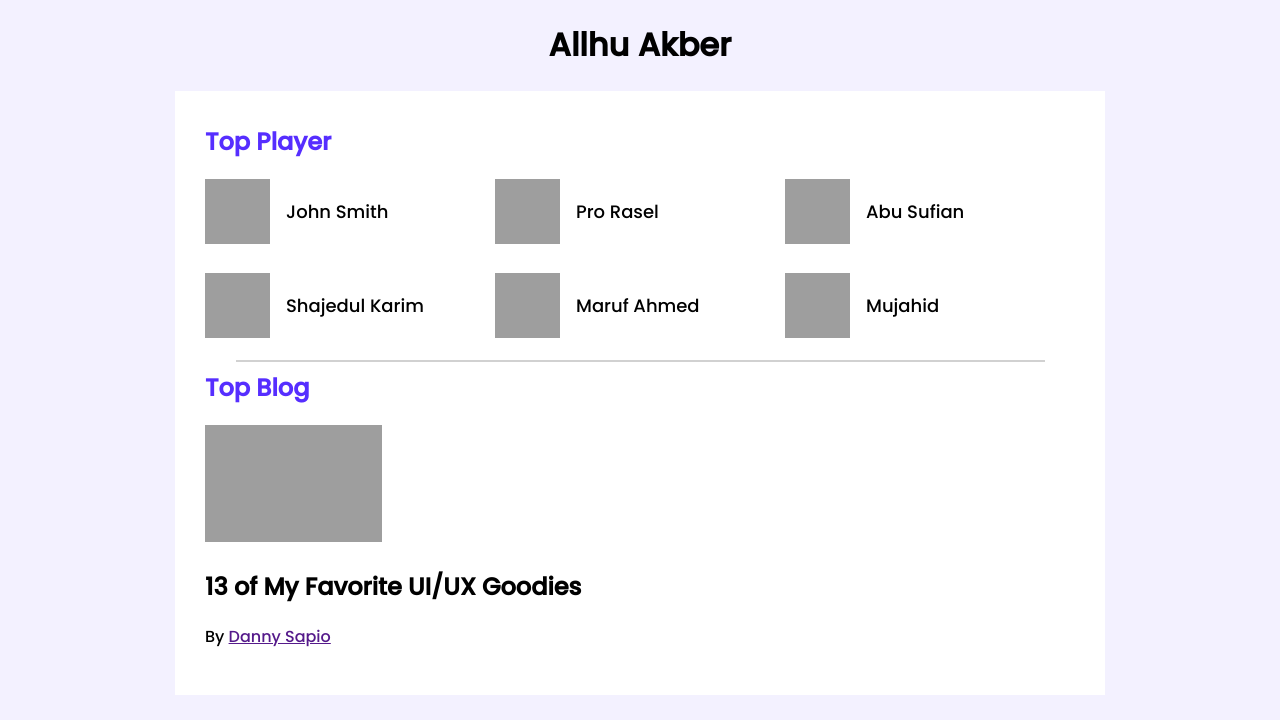
Repository: zjria/leader-board
Page: index.html
These files come from the project's save history. The page is drawn as it stood at one moment and after the next save; the edit follows.
The browser window is 1280 px wide. The pictures show the whole page.
Pictures or frames that could not be fetched are drawn as grey boxes.

Above is the page before, as saved 2022-09-04 07:41:53.

### index.html
<!DOCTYPE html>
<html lang="en">

<head>
    <meta charset="UTF-8">
    <meta http-equiv="X-UA-Compatible" content="IE=edge">
    <meta name="viewport" content="width=device-width, initial-scale=1.0">
    <title>leader-board</title>
    <!-- Custom CSS -->
    <link rel="stylesheet" href="/style/style.css">
</head>

<body>
    <h1>Allhu Akber</h1>
    <!-- Header Section -->
    <header>

    </header>
    <!-- Main Section -->
    <main>
        <section class="container">
            <div class="top-players">
                <h2 class="section-title">Top Player</h2>
                <div class="players">
                    <div class="player">
                        <img src="images/players/player-1.png" alt="">
                        <h3 class="name-title">John Smith</h3>
                    </div>
                    <div class="player">
                        <img src="images/players/player-2.png" alt="">
                        <h3 class="name-title">Pro Rasel</h3>
                    </div>
                    <div class="player">
                        <img src="images/players/player-3.png" alt="">
                        <h3 class="name-title">Abu Sufian</h3>
                    </div>
                    <div class="player">
                        <img src="images/players/player-4.png" alt="">
                        <h3 class="name-title">Shajedul Karim</h3>
                    </div>
                    <div class="player">
                        <img src="images/players/player-5.png" alt="">
                        <h3 class="name-title">Maruf Ahmed</h3>
                    </div>
                    <div class="player">
                        <img src="images/players/player-6.png" alt="">
                        <h3 class="name-title">Mujahid</h3>
                    </div>
                </div>
            </div>
            <hr class="horigantal-line">

            <!-- Blog information -->
            <div class="blog-information">
                <h2 class="section-title">Top Blog</h2>
                <article class="blogs">
                    <div class="blog-thimble">
                        <img src="images/blogs/blog-1.png" alt="">
                    </div>
                    <div class="blog-contain">
                        <h2>13 of My Favorite UI/UX Goodies</h2>
                        <p>By <a href="">Danny Sapio</a></p>
                    </div>
                </article>
            </div>

        </section>
    </main>
</body>

</html>

### style/style.css
/* Google Fonts */
@import url('https://fonts.googleapis.com/css2?family=Poppins:wght@500&family=Roboto:wght@100;300;400;500;700;900&display=swap');

h1 {
    display: flex;
    justify-content: center;
}

/* Commant CSS Utilitis */
body {
    border: 0px;
    margin: 0px;
    font-family: 'Poppins', sans-serif;
    /* font-family: 'Roboto', sans-serif; */
    background-color: #F3F1FF;
}

/* Top Players Section */
main {
    display: flex;
    justify-content: center;
}

.section-title {
    color: #562EFF;
    font-size: 24px;
}

.container {
    background-color: #FFFFFF;
    width: 870px;
    padding: 30px;
}

.top-players {
    /* padding: 30px; */
    margin-bottom: 22px;
}

h2.section-title {
    margin-top: 3px;
}

.players {
    display: grid;
    grid-template-columns: repeat(3, 1fr);
    grid-row-gap: 29px;
}

.player {
    display: flex;
    align-items: center;
}

.player img {
    width: 65px;
    height: 65px;
}

.name-title {
    margin-left: 16px;
    font-size: 18px;
    font-weight: normal;
}

.horigantal-line {
    border: 1px solid #D1D1D1;
    width: 807px;
}

/* blogs details information */
.blogs .blog-thimble img {
    width: 177px;
    height: 117px;
}

After the next save:
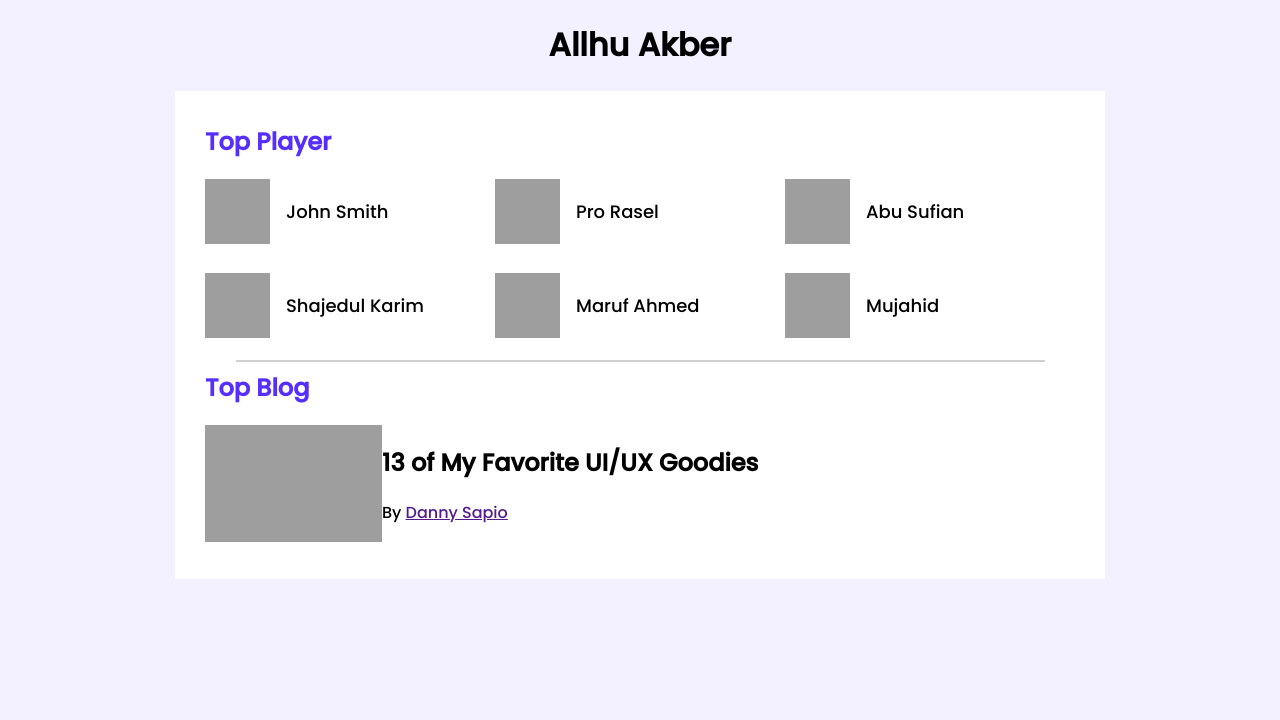
Saved 30 min 10 s later.
--- a/style/style.css
+++ b/style/style.css
@@ -69,6 +69,10 @@ h2.section-title {
 }
 
 /* blogs details information */
+.blogs {
+    display: flex;
+}
+
 .blogs .blog-thimble img {
     width: 177px;
     height: 117px;
